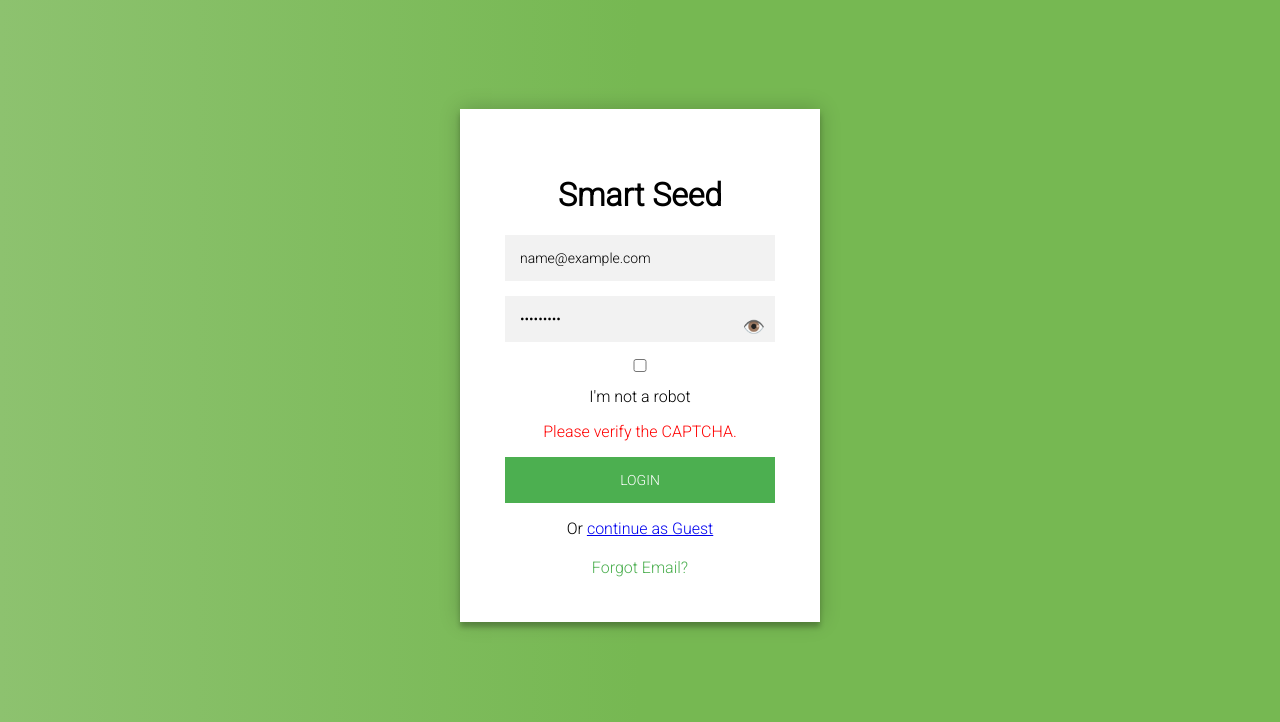
Repository: IFoundGeorge/Smart-Seed-v8-master
Page: src/login.html
These files come from the project's save history. The page is drawn as it stood at one moment and after the next save; the edit follows.
The browser window is 1280 px wide. The pictures show the whole page.
Empty fields were first filled with sample values (such as "Sample", 5 or name@example.com).
After loading, the first visible `form.login-form` was submitted once.

Above is the page before, as saved 2025-04-03 08:41:20.

### src/login.html
<!DOCTYPE html>
<html lang="en">
  <head>
    <meta charset="UTF-8" />
    <meta name="viewport" content="width=device-width, initial-scale=1.0" />
    <title>Login Form with Custom CAPTCHA</title>
    <link rel="stylesheet" href="../../css/login.css" />
    <script src="https://cdnjs.cloudflare.com/ajax/libs/js-sha1/0.7.0/sha1.min.js"></script>
    <style>
      .password-container {
        position: relative;
        display: flex;
        align-items: center;
      }

      #login-password {
        width: 100%;
        padding-right: 40px; /* Add space for the eye icon */
      }

      #toggle-password {
        position: absolute;
        right: 10px;
        cursor: pointer;
        font-size: 18px;
        color: #888;
      }

      .contact-us {
        text-align: center;
        margin-top: 20px;
      }

      .contact-us a {
        color: #4caf50; /* Green text */
        font-size: 16px;
        text-decoration: none;
        cursor: pointer;
      }

      .contact-us a:hover {
        text-decoration: underline; /* Underline on hover */
        color: #45a049; /* Darker green on hover */
      }

      /* Modal styling */
      .modal {
        display: none; /* Hidden by default */
        position: fixed;
        z-index: 1000;
        left: 0;
        width: 100%;
        height: 100%;
        overflow: auto;
        background-color: rgba(
          0,
          0,
          0,
          0.4
        ); /* Black background with opacity */
      }

      .modal-content {
        background-color: #fff;
        margin: 15% auto;
        padding: 20px;
        border: 1px solid #888;
        width: 80%;
        max-width: 400px;
        border-radius: 10px;
        text-align: center;
      }

      .modal-content h2 {
        margin-top: 0;
      }

      .modal-content a {
        color: #4caf50;
        text-decoration: none;
      }

      .modal-content a:hover {
        text-decoration: underline;
      }

      .close {
        color: #aaa;
        float: right;
        font-size: 28px;
        font-weight: bold;
        cursor: pointer;
      }

      .close:hover,
      .close:focus {
        color: black;
        text-decoration: none;
      }
      .notification-bar {
        display: none;
        position: fixed;
        top: 0;
        left: 50%;
        transform: translateX(-50%);
        width: 80%;
        max-width: 500px;
        background-color: #ff4d4d;
        color: white;
        text-align: center;
        padding: 10px;
        font-weight: bold;
        border-radius: 5px;
        z-index: 1000;
      }
    </style>
  </head>
  <body>
    <div class="login-page">
      <div class="form">
        <h1 class="title">Smart Seed</h1>
        <form class="login-form" onsubmit="loginUser(event)">
          <input type="email" id="login-email" placeholder="Email" required />
          <div class="password-container">
            <input
              type="password"
              id="login-password"
              placeholder="Password"
              required
            />
            <span id="toggle-password" onclick="togglePasswordVisibility()"
              >👁️</span
            >
          </div>

          <!-- CAPTCHA Section -->
          <div class="captcha-section">
            <input
              type="checkbox"
              id="captcha-checkbox"
              onclick="showCaptchaModal()"
            />
            <label for="captcha-checkbox">I'm not a robot</label>
          </div>

          <p id="error-message" style="color: red; text-align: center"></p>
          <div
            id="notification-bar"
            class="notification-bar"
            style="display: none"
          >
            Please enter a minimum of 8 characters, including 1 capital letter,
            1 number, and 1 special character.
          </div>
          <button type="submit" id="login-button" disabled>Login</button>
        </form>

        <!-- Clickable Guest Login -->
        <p class="guest-text">
          Or <a href="#" onclick="loginAsGuest()">continue as Guest</a>
        </p>

        <!-- Contact Us Link -->
        <div class="contact-us">
          <a href="#" onclick="contactUs()">Forgot Email?</a>
        </div>
      </div>
    </div>

    <!-- CAPTCHA Modal -->
    <div id="captcha-modal" class="modal">
      <div class="modal-content">
        <span class="close" onclick="closeCaptchaModal()">&times;</span>
        <p id="math-problem"></p>
        <input type="text" id="captcha-answer" placeholder="Your answer" />
        <button onclick="verifyCaptcha()">Submit</button>
      </div>
    </div>

    <!-- Contact Us Modal -->
    <div id="contact-modal" class="modal">
      <div class="modal-content">
        <span class="close" onclick="closeContactModal()">&times;</span>
        <h2>Contact Us</h2>
        <p><strong>Name:</strong> Cyrus M. Cavero</p>
        <p><strong>Phone:</strong> 09168802764</p>
        <p>
          <strong>Email:</strong>
          <a href="mailto:caverocyrus@gmail.com">caverocyrus@gmail.com</a>
        </p>
      </div>
    </div>

    <script src="../../js/login.js"></script>

    <script>
      function loginAsGuest() {
        window.location.href = "guest/index.html";
      }

      function togglePasswordVisibility() {
        const passwordInput = document.getElementById("login-password");
        const togglePassword = document.getElementById("toggle-password");

        if (passwordInput.type === "password") {
          passwordInput.type = "text";
          togglePassword.textContent = "🙈"; // Change icon to "hide" mode
        } else {
          passwordInput.type = "password";
          togglePassword.textContent = "👁️"; // Change icon to "show" mode
        }
      }

      function contactUs() {
        const modal = document.getElementById("contact-modal");
        modal.style.display = "block"; // Show the modal
      }

      function closeContactModal() {
        const modal = document.getElementById("contact-modal");
        modal.style.display = "none"; // Hide the modal
      }

      window.onclick = function (event) {
        const modal = document.getElementById("contact-modal");
        if (event.target === modal) {
          modal.style.display = "none";
        }
      };
    </script>
  </body>
</html>

### css/login.css
@import url('https://fonts.googleapis.com/css?family=Roboto:300');

body {
  background: #76b852;
  background: linear-gradient(90deg, rgba(141,194,111,1) 0%, rgba(118,184,82,1) 50%);
  font-family: "Roboto", sans-serif;
  -webkit-font-smoothing: antialiased;
  -moz-osx-font-smoothing: grayscale;
}

.login-page {
  width: 360px;
  padding: 8% 0 0;
  margin: auto;
}

.form {
  position: relative;
  z-index: 1;
  background: #FFFFFF;
  max-width: 360px;
  margin: 0 auto 100px;
  padding: 45px;
  text-align: center;
  box-shadow: 0 0 20px 0 rgba(0, 0, 0, 0.2), 0 5px 5px 0 rgba(0, 0, 0, 0.24);
}

.form input {
  font-family: "Roboto", sans-serif;
  outline: 0;
  background: #f2f2f2;
  width: 100%;
  border: 0;
  margin: 0 0 15px;
  padding: 15px;
  box-sizing: border-box;
  font-size: 14px;
}

.form button {
  font-family: "Roboto", sans-serif;
  text-transform: uppercase;
  outline: 0;
  background: #4CAF50;
  width: 100%;
  border: 0;
  padding: 15px;
  color: #FFFFFF;
  font-size: 14px;
  -webkit-transition: all 0.3 ease;
  transition: all 0.3 ease;
  cursor: pointer;
}

.form button:hover, .form button:active, .form button:focus {
  background: #43A047;
}

.form .message {
  margin: 15px 0 0;
  color: #b3b3b3;
  font-size: 12px;
}

.form .message a {
  color: #4CAF50;
  text-decoration: none;
}

.form .register-form {
  display: none;
}

#captchaCanvas {
    border: 1px solid #ccc;
    margin-right: 10px;
}

#captcha-input {
    margin-bottom: 10px;
}

.captcha-container {
    margin: 15px 0;
    font-size: 1.2em;
}


#captchaText {
    font-family: 'Courier New', monospace;
    font-size: 20px;
    font-weight: bold;
    background-color: #f0f0f0;
    padding: 5px;
    margin-right: 10px;
    user-select: none;
}
/* Add this to your login.css */

.modal {
    display: none;
    position: fixed;
    z-index: 1;
    left: 0;
    top: 0;
    width: 100%;
    height: 100%;
    overflow: auto;
    background-color: rgba(0, 0, 0, 0.4);
}

.modal-content {
    background-color: #fefefe;
    margin: 15% auto;
    padding: 20px;
    border: 1px solid #888;
    width: 80%;
    max-width: 300px;
    text-align: center;
}

.close {
    color: #aaa;
    float: right;
    font-size: 28px;
    font-weight: bold;
}

.close:hover,
.close:focus {
    color: black;
    text-decoration: none;
    cursor: pointer;
}

### js/login.js
document.addEventListener("DOMContentLoaded", () => {
  document.querySelectorAll(".message a").forEach((link) => {
    link.addEventListener("click", (e) => {
      e.preventDefault();
      document.querySelectorAll("form").forEach((form) => {
        form.classList.toggle("hidden");
      });
    });
  });
});

let correctAnswer;

function showCaptchaModal() {
  const captchaCheckbox = document.getElementById("captcha-checkbox");
  captchaCheckbox.checked = false;
  document.getElementById("login-button").disabled = true;

  const num1 = Math.floor(Math.random() * 10) + 1;
  const num2 = Math.floor(Math.random() * 10) + 1;
  correctAnswer = num1 + num2;
  document.getElementById(
    "math-problem"
  ).innerText = `What is ${num1} + ${num2}?`;
  document.getElementById("captcha-modal").style.display = "block";
}

function closeCaptchaModal() {
  document.getElementById("captcha-modal").style.display = "none";
}

function verifyCaptcha() {
  const userAnswer = parseInt(
    document.getElementById("captcha-answer").value,
    10
  );
  if (userAnswer === correctAnswer) {
    alert("CAPTCHA verified successfully!");
    document.getElementById("captcha-checkbox").checked = true;
    enableLoginButton();
    closeCaptchaModal();
  } else {
    alert("Incorrect answer. Please try again.");
    document.getElementById("captcha-answer").value = "";
    showCaptchaModal();
  }
}

function showNotification(message) {
  const notificationBar = document.getElementById("notification-bar");
  notificationBar.textContent = message;
  notificationBar.style.display = "block";

  setTimeout(() => {
    notificationBar.style.display = "none";
  }, 3000); // Hide after 3 seconds
}

function validatePassword(password) {
  const errors = [];

  if (password.length < 8) {
    errors.push("At least 8 characters.");
  }
  if (!/[A-Z]/.test(password)) {
    errors.push("At least 1 uppercase letter.");
  }
  if (!/\d/.test(password)) {
    errors.push("At least 1 number.");
  }
  if (!/[!@#$%^&*(),.?":{}|<>]/.test(password)) {
    errors.push("At least 1 special character.");
  }

  return errors;
}
function enableLoginButton() {
  const password = document.getElementById("login-password").value;
  const captchaChecked = document.getElementById("captcha-checkbox").checked;
  const loginButton = document.getElementById("login-button");

  // Enable login button if password is valid and CAPTCHA is checked
  if (validatePassword(password).length === 0 && captchaChecked) {
    loginButton.disabled = false;
  } else {
    loginButton.disabled = true;
  }
}

function loginUser(event) {
  event.preventDefault();

  const errorMessageElement = document.getElementById("error-message");
  errorMessageElement.textContent = ""; // Clear previous messages

  // Check if CAPTCHA is verified
  if (!document.getElementById("captcha-checkbox").checked) {
    errorMessageElement.textContent = "Please verify the CAPTCHA.";
    return;
  }

  const email = document.getElementById("login-email").value.trim();
  const password = document.getElementById("login-password").value.trim();

  // Validate password
  const passwordErrors = validatePassword(password);
  if (passwordErrors.length > 0) {
    errorMessageElement.textContent = passwordErrors.join(" ");
    return;
  }

  // Hardcoded credentials for testing
  const hardcodedEmail = "admin@email.com";
  const hardcodedPassword = "Password123!";

  // Check credentials
  if (email === hardcodedEmail && password === hardcodedPassword) {
    alert("Login successful!");
    window.location.href = "index.html";
  } else {
    errorMessageElement.textContent = "Invalid email or password.";
  }
}

window.onclick = function (event) {
  const modal = document.getElementById("captcha-modal");
  if (event.target === modal) {
    closeCaptchaModal();
  }
};

After the next save:
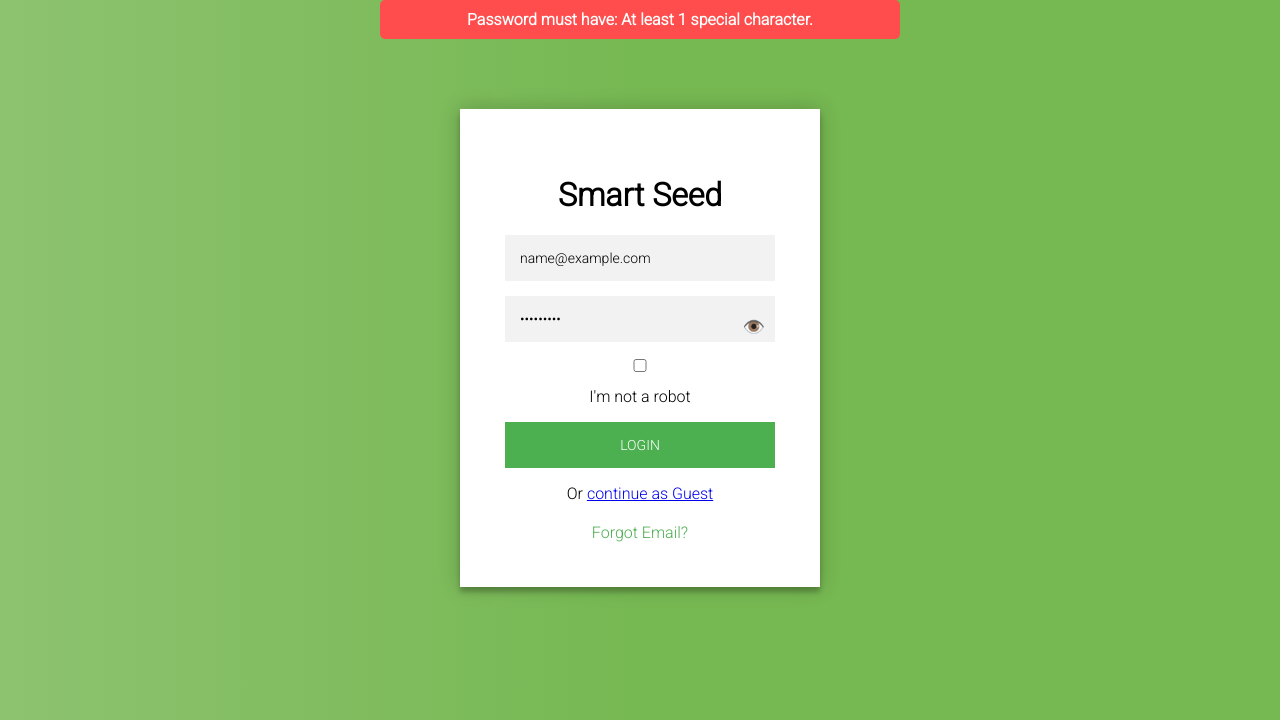
Saved 24 s later.
--- a/js/login.js
+++ b/js/login.js
@@ -90,35 +90,24 @@ function enableLoginButton() {
 function loginUser(event) {
   event.preventDefault();
 
-  const errorMessageElement = document.getElementById("error-message");
-  errorMessageElement.textContent = ""; // Clear previous messages
+  const email = document.getElementById("login-email").value.trim();
+  const password = document.getElementById("login-password").value.trim();
 
-  // Check if CAPTCHA is verified
-  if (!document.getElementById("captcha-checkbox").checked) {
-    errorMessageElement.textContent = "Please verify the CAPTCHA.";
+  const passwordErrors = validatePassword(password);
+  if (passwordErrors.length > 0) {
+    showNotification("Password must have: " + passwordErrors.join(" "));
     return;
   }
 
-  const email = document.getElementById("login-email").value.trim();
-  const password = document.getElementById("login-password").value.trim();
-
-  // Validate password
-  const passwordErrors = validatePassword(password);
-  if (passwordErrors.length > 0) {
-    errorMessageElement.textContent = passwordErrors.join(" ");
-    return;
-  }
-
-  // Hardcoded credentials for testing
+  // Hardcoded credentials (for testing)
   const hardcodedEmail = "admin@email.com";
   const hardcodedPassword = "Password123!";
 
-  // Check credentials
   if (email === hardcodedEmail && password === hardcodedPassword) {
     alert("Login successful!");
     window.location.href = "index.html";
   } else {
-    errorMessageElement.textContent = "Invalid email or password.";
+    showNotification("Invalid email or password.");
   }
 }
 
